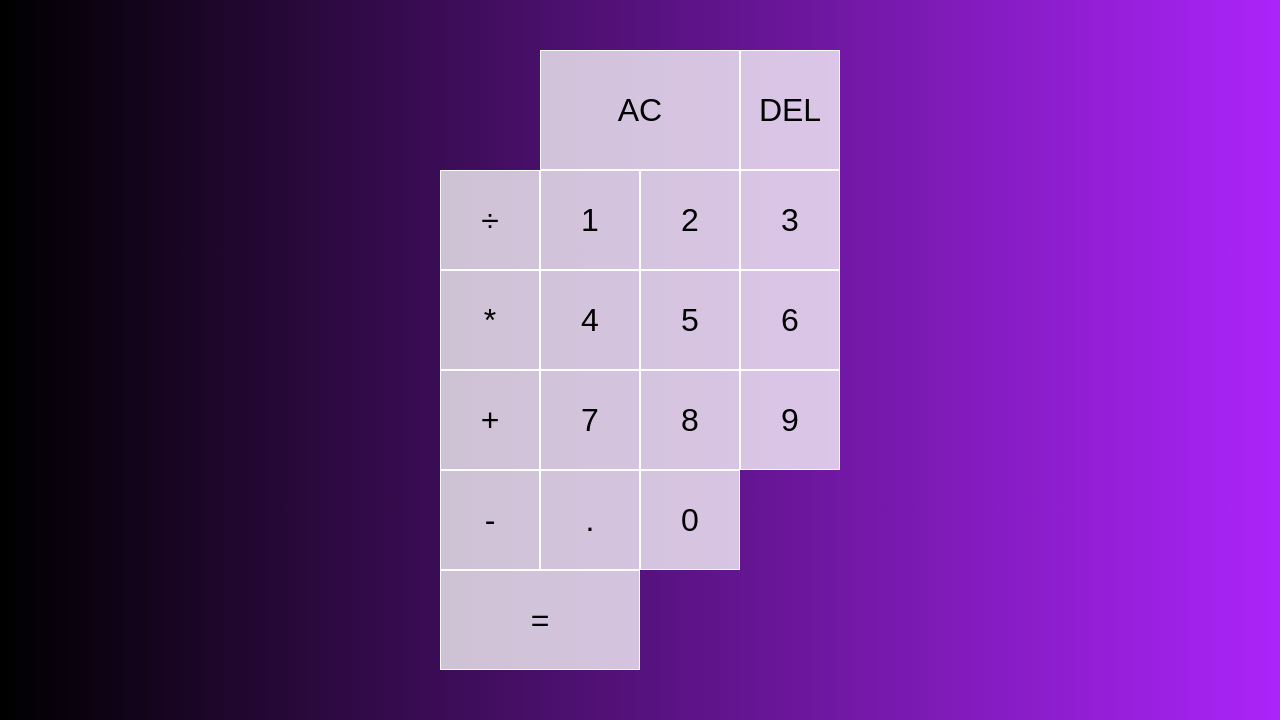
Repository: burntaftermint/calculator
Page: index.html
These files come from the project's save history. The page is drawn as it stood at one moment and after the next save; the edit follows.
The browser window is 1280 px wide. The pictures show the whole page.

Above is the page before, as saved 2023-11-01 02:38:18.

### index.html
<!DOCTYPE html>
<html lang="en">
<head>
    <meta charset="UTF-8">
    <meta name="viewport" content="width=device-width, initial-scale=1.0">
    <title>Calculator</title>
    <link href="styles.css" rel="stylesheet">
    <script src="script.js" defer></script>
</head>
<body>
    <div class="calculator-grid">
        <div class="output">
            <div class="previous-operand"></div>
                <div class="current-operand"></div>
        </div>
        <button class="span-two">AC</button>
        <button>DEL</button>
        <button>÷</button>
        <button>1</button>
        <button>2</button>
        <button>3</button>
        <button>*</button>
        <button>4</button>
        <button>5</button>
        <button>6</button>
        <button>+</button>
        <button>7</button>
        <button>8</button>
        <button>9</button>
        <button>-</button>
        <button>.</button>
        <button>0</button>
        <button class="span-two">=</button>

    </div>
</body>
</html>

### styles.css
*::before, *::after {
    box-sizing: border-box;
    font-family: Gotham Rounded, sans-serif;
    font-weight: normal;
}

body {
    padding: 0;
    margin: 0;
    background: linear-gradient(to right, #000000, #ac24fa);
}

.calculator-grid {
    display: grid;
    justify-content: center;
    align-content: center;
    min-height: 100vh;
    grid-template-columns: repeat(4, 100px);
    grid-template-rows: minmax(120px, auto) repeat(5, 100px);
}

.calculator-grid > button {
    cursor: pointer;
    font-size: 2rem;
    border: 1px solid white;
    outline: none;
    background-color: rgba(255, 255, 255, .75);
}

.calculator-grid > button:hover {
    background-color: rgba(255, 255, 255, 0.9);
}

.span-two {
    grid-column: span 2;
}

Loaded but not shown: script.js (no copy from this time; the picture is the same without it)

After the next save:
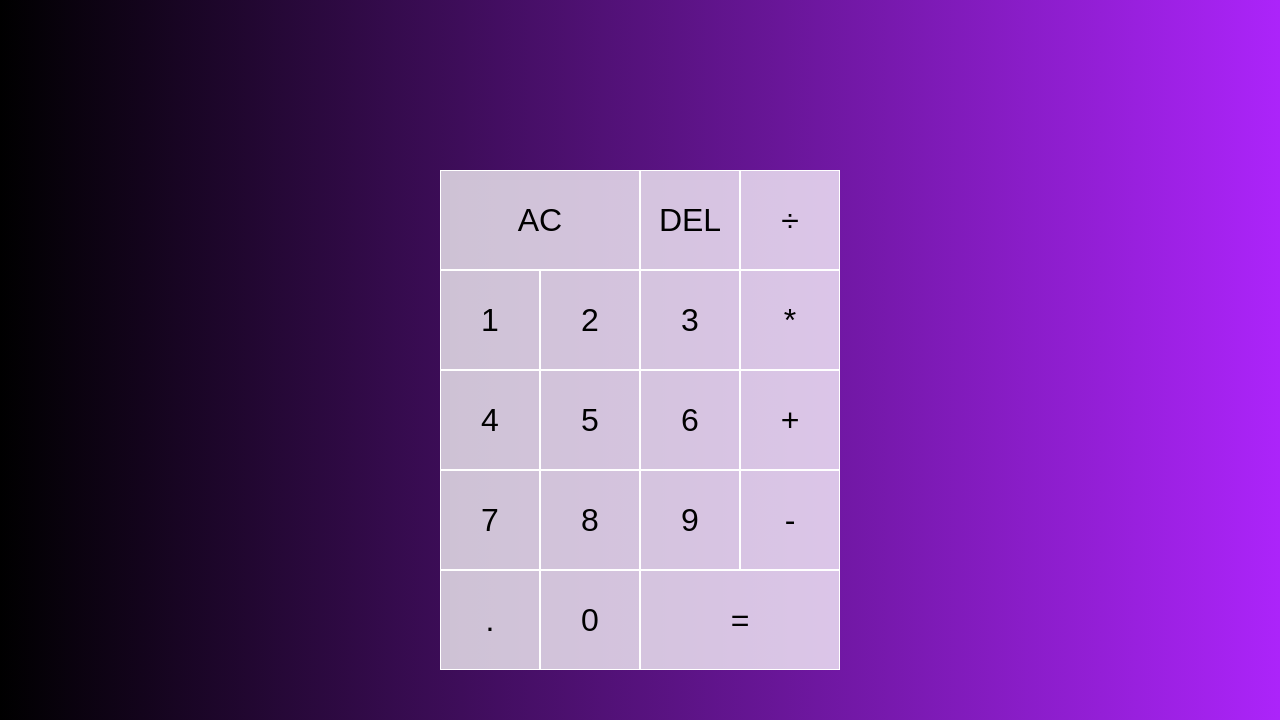
Saved 39 s later.
--- a/styles.css
+++ b/styles.css
@@ -34,3 +34,7 @@ body {
 .span-two {
     grid-column: span 2;
 }
+
+.output {
+    grid-column: 1 / -1;
+}
